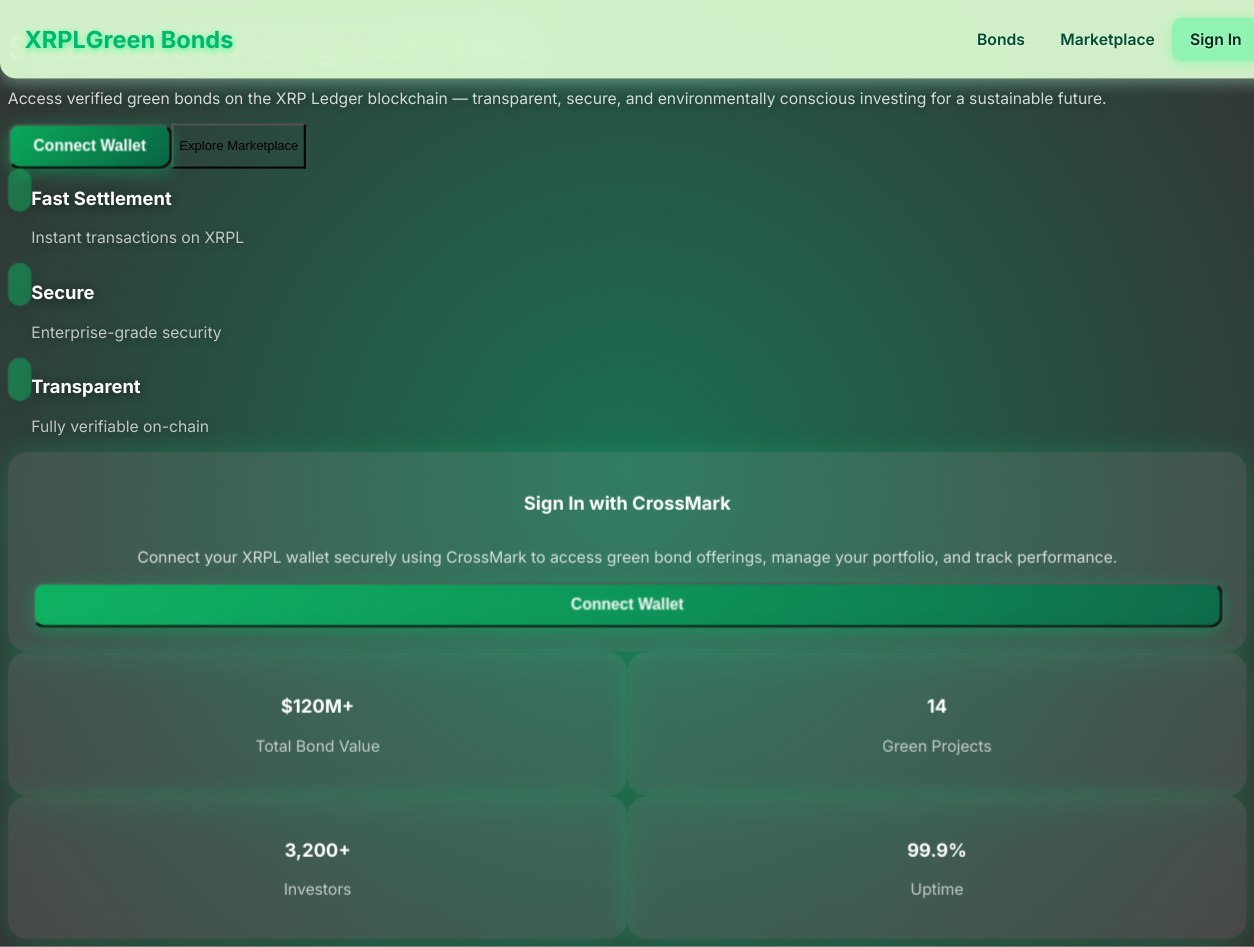
Repository: pbryzek/hackathon-xrpl
Page: / (app in frontend/)
The author's editor kept a copy of each file at every save. The page is drawn from the files as they stood at one save, then again after the next save.
The browser window is 1280 px wide. The pictures show the whole page, at 98% of full size.
The project was rebuilt for these pictures with package versions that can differ from the ones it lists, and the page was loaded fresh each time. Also part of the build but not shown: frontend/vite.config.ts, frontend/src/services/bondService.ts, frontend/src/pages/BondSelection.tsx, frontend/src/lib/utils.ts, frontend/src/components/ui/button.tsx, frontend/src/components/ui/input.tsx, frontend/src/components/ui/label.tsx, frontend/src/components/ui/tabs.tsx and 15 more.

Above is the page before, as saved 2025-03-15 12:16:22.

### frontend/index.html
<!DOCTYPE html>
<html lang="en">
  <head>
    <meta charset="UTF-8" />
    <meta name="viewport" content="width=device-width, initial-scale=1.0" />
    <title>buy-sell-bonds</title>
    <meta name="description" content="Lovable Generated Project" />
    <meta name="author" content="Lovable" />
    <meta property="og:image" content="/og-image.png" />
  </head>

  <body>
    <div id="root"></div>
    <!-- IMPORTANT: DO NOT REMOVE THIS SCRIPT TAG OR THIS VERY COMMENT! -->
    <script src="https://cdn.gpteng.co/gptengineer.js" type="module"></script>
    <script type="module" src="/src/main.tsx"></script>
  </body>
</html>

### frontend/src/main.tsx
import { createRoot } from 'react-dom/client'
import App from './App.tsx'
import './index.css'
import './index1.css'

createRoot(document.getElementById("root")!).render(<App />);

### frontend/src/App.tsx
import React from "react";
import { BrowserRouter as Router, Routes, Route } from "react-router-dom";
import BondSelection from "./pages/BondSelection";
import CrossMarkAuth from "./pages/CrossMarkAuth";
import Index from "./pages/Index";
import NotFound from "./pages/NotFound";
// ✅ Import the Header Component
import Header from "./components/ui/header";
import "./index.css"; // ✅ Ensure Tailwind is applied
import "./index1.css"; // ✅ Ensure Tailwind is applied


const App: React.FC = () => {
  return (
    <Router>
      <div className="flex flex-col min-h-screen bg-background text-foreground">
        <Header />
        <main className="flex-grow p-4">
          <Routes>
            <Route path="/" element={<CrossMarkAuth />} />
            <Route path="/bonds" element={<BondSelection />} />
            <Route path="/marketplace" element={<Index />} />
            <Route path="*" element={<NotFound />} />
          </Routes>
        </main>
      </div>
    </Router>
  );
};

export default App;

### frontend/src/index.css
@import url('https://fonts.googleapis.com/css2?family=Inter:wght@100;200;300;400;500;600;700;800;900&display=swap');

@tailwind base;
@tailwind components;
@tailwind utilities;


@layer base {
  :root {
    --background: 210 40% 98%;
    --foreground: 222 47% 11%;

    --card: 0 0% 100%;
    --card-foreground: 222 47% 11%;

    --popover: 0 0% 100%;
    --popover-foreground: 222 47% 11%;

    --primary: 221 83% 53%;
    --primary-foreground: 210 40% 98%;

    --secondary: 210 40% 96%;
    --secondary-foreground: 222 47% 11%;

    --muted: 210 40% 96%;
    --muted-foreground: 220 16% 46%;

    --accent: 210 40% 96%;
    --accent-foreground: 222 47% 11%;

    --destructive: 0 84% 60%;
    --destructive-foreground: 210 40% 98%;

    --border: 220 14% 90%;
    --input: 220 14% 90%;
    --ring: 221 83% 53%;

    --radius: 0.8rem;

    --bond-blue: 221 83% 53%;
    --bond-blue-light: 213 94% 68%;
    --bond-blue-dark: 224 76% 48%;
    --bond-gray: 220 14% 90%;
    --bond-gray-light: 220 14% 95%;
    --bond-gray-dark: 218 11% 80%;
    --bond-green: 142 76% 36%;
    --bond-red: 0 84% 60%;
  }

  .dark {
    --background: 222 47% 11%;
    --foreground: 210 40% 98%;

    --card: 222 47% 11%;
    --card-foreground: 210 40% 98%;

    --popover: 222 47% 11%;
    --popover-foreground: 210 40% 98%;

    --primary: 217 91% 60%;
    --primary-foreground: 222 47% 11%;

    --secondary: 217 33% 17%;
    --secondary-foreground: 210 40% 98%;

    --muted: 217 33% 17%;
    --muted-foreground: 215 20% 65%;

    --accent: 217 33% 17%;
    --accent-foreground: 210 40% 98%;

    --destructive: 0 63% 31%;
    --destructive-foreground: 210 40% 98%;

    --border: 217 33% 17%;
    --input: 217 33% 17%;
    --ring: 224 76% 48%;
  }
}

@layer base {
  body {
    background-color: hsl(var(--background));
    color: hsl(var(--foreground));
  }
}

.glass-panel {
  background-color: rgba(255, 255, 255, 0.9);
  backdrop-filter: blur(12px);
  border: 1px solid rgba(255, 255, 255, 0.4);
  box-shadow: 0 4px 6px -1px rgba(0, 0, 0, 0.1), 0 2px 4px -1px rgba(0, 0, 0, 0.06);
}

.animate-enter {
  animation: fade-in 0.4s forwards, slide-up 0.4s forwards;
}

.bond-hover {
  transition: all 0.2s ease-out;
}

.bond-hover:hover {
  transform: translateY(-2px);
}

/* Scrollbar styling */
::-webkit-scrollbar {
  width: 6px;
  height: 6px;
}

::-webkit-scrollbar-track {
  background: transparent;
}

::-webkit-scrollbar-thumb {
  background: hsl(var(--bond-gray-dark));
  border-radius: 6px;
}

::-webkit-scrollbar-thumb:hover {
  background: hsl(var(--bond-blue-light));
}

/* ✅ Floating effect for navbar */
header {
  box-shadow: 0px 4px 30px rgba(0, 255, 128, 0.3);
}

### frontend/src/index1.css
@tailwind base;
@tailwind components;
@tailwind utilities;

@layer base {
  :root {
    --background: 0 0% 100%;
    --foreground: 222.2 84% 4.9%;

    --card: 0 0% 100%;
    --card-foreground: 222.2 84% 4.9%;

    --popover: 0 0% 100%;
    --popover-foreground: 222.2 84% 4.9%;

    --primary: 142 64% 24%;
    --primary-foreground: 210 40% 98%;

    --secondary: 210 40% 96.1%;
    --secondary-foreground: 222.2 47.4% 11.2%;

    --muted: 210 40% 96.1%;
    --muted-foreground: 215.4 16.3% 46.9%;

    --accent: 142 76% 73%;
    --accent-foreground: 222.2 47.4% 11.2%;

    --destructive: 0 84.2% 60.2%;
    --destructive-foreground: 210 40% 98%;

    --border: 214.3 31.8% 91.4%;
    --input: 214.3 31.8% 91.4%;
    --ring: 142 64% 24%;

    --radius: 0.5rem;
  }

  .dark {
    --background: 222.2 84% 4.9%;
    --foreground: 210 40% 98%;

    --card: 222.2 84% 4.9%;
    --card-foreground: 210 40% 98%;

    --popover: 222.2 84% 4.9%;
    --popover-foreground: 210 40% 98%;

    --primary: 143 65% 42%;
    --primary-foreground: 222.2 47.4% 11.2%;

    --secondary: 217.2 32.6% 17.5%;
    --secondary-foreground: 210 40% 98%;

    --muted: 217.2 32.6% 17.5%;
    --muted-foreground: 215 20.2% 65.1%;

    --accent: 143 70% 30%;
    --accent-foreground: 210 40% 98%;

    --destructive: 0 62.8% 30.6%;
    --destructive-foreground: 210 40% 98%;

    --border: 217.2 32.6% 17.5%;
    --input: 217.2 32.6% 17.5%;
    --ring: 142.5 76.5% 73.3%;
  }
}

/* @layer base {
  * {
    @apply border-border;
  }
  body {
    @apply bg-background text-foreground;
  } */
/* } */

@keyframes float {
  0% { transform: translateY(0px); }
  50% { transform: translateY(-10px); }
  100% { transform: translateY(0px); }
}

/* Global Removal of Underline */
a {
  text-decoration: none !important;
}

/* Global Styles */
body {
  background: radial-gradient(circle, rgba(2, 96, 64, 0.9) 0%, rgba(0, 0, 0, 0.8) 100%);
  color: white;
  font-family: "Inter", sans-serif;
}

/* Floating Animation */
.floating {
  animation: float 3s ease-in-out infinite;
}

/* Glassmorphism Components */
.glass-effect {
  background-color: rgba(255, 255, 255, 0.1);
  backdrop-filter: blur(15px);
  box-shadow: 0 4px 15px rgba(0, 0, 0, 0.2);
}

/* Enhanced Lightened Glassmorphism Navbar */
.header {
  background: rgba(221, 253, 211, 0.931);
  backdrop-filter: blur(20px);
  box-shadow: 0 4px 15px rgba(187, 253, 220, 0.4);
  padding: 18px 25px;
  border-radius: 0 0 16px 16px;
  position: fixed;
  top: 0;
  left: 0;
  width: 100%;
  z-index: 50;
}

/* Navbar Links */
.nav-link {
  color: rgb(0, 77, 51) !important;
  font-size: 1rem;
  font-weight: 600;
  text-shadow: 0px 1px 3px rgba(255, 255, 255, 0.5);
  padding: 12px 18px;
  border-radius: 10px;
  transition: all 0.3s ease-in-out;
  text-decoration: none;
}

.nav-link:hover {
  background: rgba(0, 255, 128, 0.2);
  color: rgb(0, 40, 27) !important;
  transform: translateY(-2px);
}

.nav-link.active {
  background: rgba(0, 255, 128, 0.3);
  color: rgb(0, 40, 27) !important;
  box-shadow: 0 2px 10px rgba(0, 255, 128, 0.3);
}

/* Fix nav link positioning */
.links {
  position: relative;
  margin-right: 20px;
}

/* Logo Styling */
.logo {
  font-size: 1.5rem;
  font-weight: bold;
  color: #03b66e;
  text-shadow: 0px 2px 6px rgba(0, 255, 128, 0.7);
  transition: all 0.3s ease;
}

.logo:hover {
  text-shadow: 0px 2px 10px rgba(0, 255, 128, 0.9);
  transform: scale(1.03);
}

/* Glass Card */
.glass-card {
  background: rgba(255, 255, 255, 0.1);
  backdrop-filter: blur(15px);
  box-shadow: 0px 4px 30px rgba(0, 255, 128, 0.2);
  padding: 25px;
  border-radius: 20px;
  transition: all 0.3s ease-in-out;
}

.glass-card:hover {
  box-shadow: 0px 6px 35px rgba(0, 255, 128, 0.4);
  transform: translateY(-5px);
}

/* Glass Button */
.glass-button {
  background: linear-gradient(135deg, rgba(0, 200, 100, 0.8), rgba(0, 110, 70, 0.8));
  color: white;
  padding: 12px 24px;
  border-radius: 12px;
  font-size: 16px;
  font-weight: bold;
  backdrop-filter: blur(15px);
  box-shadow: 0px 4px 15px rgba(0, 180, 100, 0.5);
  transition: all 0.3s ease-in-out;
}

.glass-button:hover {
  background: linear-gradient(135deg, rgba(0, 220, 110, 0.9), rgba(0, 130, 80, 0.9));
  transform: translateY(-3px);
  box-shadow: 0px 6px 20px rgba(0, 255, 128, 0.6);
}

.glass-button:disabled {
  background: rgba(100, 100, 100, 0.3);
  cursor: not-allowed;
  box-shadow: none;
  color: rgba(255, 255, 255, 0.5);
}

/* Hero Section Styling */
.hero-container {
  margin-top: 120px;
  padding: 2rem;
}

.hero-text {
  text-shadow: 0 2px 10px rgba(0, 0, 0, 0.5);
}

.feature-icon {
  background: linear-gradient(to bottom right, rgba(0, 255, 128, 0.3), rgba(0, 200, 100, 0.4));
  padding: 0.75rem;
  border-radius: 0.75rem;
  backdrop-filter: blur(4px);
  box-shadow: 0 10px 15px -3px rgba(0, 0, 0, 0.1), 0 4px 6px -2px rgba(0, 0, 0, 0.05);
}

### frontend/src/pages/CrossMarkAuth.tsx

import React, { useState, useEffect } from "react";
import sdk from "@crossmarkio/sdk";
import * as xrpl from "xrpl";
import { useNavigate } from "react-router-dom";
import { toast } from "sonner";

const CrossMarkAuth: React.FC = () => {
  const [account, setAccount] = useState<string | null>(null);
  const [balance, setBalance] = useState<string | null>(null);
  const [isLoading, setIsLoading] = useState<boolean>(false);
  const navigate = useNavigate();

  useEffect(() => {
    console.log("Crossmark session will not restore automatically.");
    // Do NOT check localStorage or auto-authenticate
  }, []);

  const signInWithCrossmark = async () => {
    setIsLoading(true);
    try {
      console.log("User clicked sign-in, starting authentication...");

      // Step 1: Authenticate via Crossmark
      const { response } = await sdk.methods.signInAndWait();
      if (!response || !response.data || !response.data.address) {
        throw new Error("Failed to authenticate with Crossmark");
      }

      const userAccount = response.data.address;
      setAccount(userAccount);
      fetchBalance(userAccount);

      // Step 2: Authentication successful, inform user
      toast.success("Successfully connected to CrossMark wallet");

      // Navigate to bonds after successful authentication
      setTimeout(() => {
        navigate("/bonds");
      }, 1500);

    } catch (error) {
      console.error("Crossmark sign-in failed:", error);
      toast.error("Failed to connect to CrossMark wallet");
    } finally {
      setIsLoading(false);
    }
  };

  const fetchBalance = async (walletAddress: string) => {
    try {
      const client = new xrpl.Client("wss://s.altnet.rippletest.net/");
      await client.connect();
      const response = await client.request({
        command: "account_info",
        account: walletAddress,
        ledger_index: "validated",
      });
      const xrpBalance = xrpl.dropsToXrp(response.result.account_data.Balance);
      setBalance(xrpBalance.toString());
      client.disconnect();
    } catch (error) {
      console.error("Error fetching balance:", error);
    }
  };

  const handleMarketplaceClick = () => {
    navigate("/marketplace");
  };

  return (
    <div className="container mx-auto mt-32 px-4">
      <div className="grid grid-cols-1 lg:grid-cols-2 gap-12 items-center">
        {/* Hero Section */}
        <div className="space-y-6 hero-text">
          <h1 className="text-4xl md:text-5xl lg:text-6xl font-bold leading-tight">
            Sustainable Investing on the <span className="text-green-400">XRPL</span>
          </h1>
          <p className="text-xl opacity-80 max-w-xl">
            Access verified green bonds on the XRP Ledger blockchain — transparent,
            secure, and environmentally conscious investing for a sustainable future.
          </p>
          <div className="pt-4 flex flex-wrap gap-4">
            <button
              onClick={signInWithCrossmark}
              disabled={isLoading}
              className="glass-button"
            >
              {isLoading ? "Connecting..." : "Connect Wallet"}
            </button>
            <button
              onClick={handleMarketplaceClick}
              className="bg-transparent text-white px-6 py-3 rounded-xl
                        hover:bg-white/10 transition-all duration-300"
            >
              Explore Marketplace
            </button>
          </div>

          {/* Key Features */}
          <div className="grid grid-cols-1 md:grid-cols-3 gap-6 mt-12">
            <div className="flex items-start gap-3">
              <div className="feature-icon">
                <svg xmlns="http://www.w3.org/2000/svg" className="h-6 w-6 text-green-100" fill="none" viewBox="0 0 24 24" stroke="currentColor">
                  <path strokeLinecap="round" strokeLinejoin="round" strokeWidth={2} d="M13 10V3L4 14h7v7l9-11h-7z" />
                </svg>
              </div>
              <div>
                <h3 className="font-semibold text-lg">Fast Settlement</h3>
                <p className="text-sm opacity-70">Instant transactions on XRPL</p>
              </div>
            </div>

            <div className="flex items-start gap-3">
              <div className="feature-icon">
                <svg xmlns="http://www.w3.org/2000/svg" className="h-6 w-6 text-green-100" fill="none" viewBox="0 0 24 24" stroke="currentColor">
                  <path strokeLinecap="round" strokeLinejoin="round" strokeWidth={2} d="M9 12l2 2 4-4m5.618-4.016A11.955 11.955 0 0112 2.944a11.955 11.955 0 01-8.618 3.04A12.02 12.02 0 003 9c0 5.591 3.824 10.29 9 11.622 5.176-1.332 9-6.03 9-11.622 0-1.042-.133-2.052-.382-3.016z" />
                </svg>
              </div>
              <div>
                <h3 className="font-semibold text-lg">Secure</h3>
                <p className="text-sm opacity-70">Enterprise-grade security</p>
              </div>
            </div>

            <div className="flex items-start gap-3">
              <div className="feature-icon">
                <svg xmlns="http://www.w3.org/2000/svg" className="h-6 w-6 text-green-100" fill="none" viewBox="0 0 24 24" stroke="currentColor">
                  <path strokeLinecap="round" strokeLinejoin="round" strokeWidth={2} d="M17 20h5v-2a3 3 0 00-5.356-1.857M17 20H7m10 0v-2c0-.656-.126-1.283-.356-1.857M7 20H2v-2a3 3 0 015.356-1.857M7 20v-2c0-.656.126-1.283.356-1.857m0 0a5.002 5.002 0 019.288 0M15 7a3 3 0 11-6 0 3 3 0 016 0zm6 3a2 2 0 11-4 0 2 2 0 014 0zM7 10a2 2 0 11-4 0 2 2 0 014 0z" />
                </svg>
              </div>
              <div>
                <h3 className="font-semibold text-lg">Transparent</h3>
                <p className="text-sm opacity-70">Fully verifiable on-chain</p>
              </div>
            </div>
          </div>
        </div>

        {/* Authentication Card */}
        <div className="flex justify-center items-center">
          <div className="w-full max-w-md glass-card">
            <div className="flex flex-col space-y-1.5 p-6">
              <h3 className="text-2xl font-semibold leading-none tracking-tight text-center text-green-300">
                Sign In with CrossMark
              </h3>
            </div>
            <div className="p-6 pt-0 space-y-4">
              {!account ? (
                <>
                  <div className="flex justify-center p-6">
                    <div className="w-24 h-24 rounded-full bg-white/10 backdrop-blur-lg flex items-center justify-center shadow-lg shadow-green-500/20 floating">
                      <svg xmlns="http://www.w3.org/2000/svg" className="h-12 w-12 text-green-400" fill="none" viewBox="0 0 24 24" stroke="currentColor">
                        <path strokeLinecap="round" strokeLinejoin="round" strokeWidth={1.5} d="M9 12l2 2 4-4m5.618-4.016A11.955 11.955 0 0112 2.944a11.955 11.955 0 01-8.618 3.04A12.02 12.02 0 003 9c0 5.591 3.824 10.29 9 11.622 5.176-1.332 9-6.03 9-11.622 0-1.042-.133-2.052-.382-3.016z" />
                      </svg>
                    </div>
                  </div>
                  <p className="text-center text-sm opacity-80">
                    Connect your XRPL wallet securely using CrossMark to access green bond offerings, manage your portfolio, and track performance.
                  </p>
                </>
              ) : (
                <>
                  <div className="flex flex-col items-center space-y-4">
                    <div className="p-4 bg-green-800/20 rounded-lg">
                      <p className="text-lg text-white font-medium">Wallet Connected</p>
                      <p className="text-sm font-mono bg-black/20 p-2 rounded mt-2 break-all">{account}</p>
                      <p className="text-sm mt-3 text-green-300">Balance: {balance} XRP</p>
                    </div>
                  </div>
                </>
              )}
            </div>
            <div className="flex items-center p-6 pt-0 justify-center">
              <button
                onClick={signInWithCrossmark}
                disabled={isLoading || !!account}
                className={`glass-button w-full ${(isLoading || !!account) ? 'opacity-50 cursor-not-allowed' : ''}`}
              >
                {isLoading ? "Connecting..." : account ? "Connected" : "Connect Wallet"}
              </button>
            </div>
          </div>
        </div>
      </div>

      {/* Stats Section */}
      <div className="grid grid-cols-2 md:grid-cols-4 gap-4 md:gap-8 mt-20 mb-10">
        <div className="glass-card text-center">
          <h3 className="text-3xl md:text-4xl font-bold text-green-300">$120M+</h3>
          <p className="text-sm opacity-70">Total Bond Value</p>
        </div>
        <div className="glass-card text-center">
          <h3 className="text-3xl md:text-4xl font-bold text-green-300">14</h3>
          <p className="text-sm opacity-70">Green Projects</p>
        </div>
        <div className="glass-card text-center">
          <h3 className="text-3xl md:text-4xl font-bold text-green-300">3,200+</h3>
          <p className="text-sm opacity-70">Investors</p>
        </div>
        <div className="glass-card text-center">
          <h3 className="text-3xl md:text-4xl font-bold text-green-300">99.9%</h3>
          <p className="text-sm opacity-70">Uptime</p>
        </div>
      </div>
    </div>
  );
};

export default CrossMarkAuth;

### frontend/src/components/ui/header.tsx
import React from "react";
import { Link, useLocation } from "react-router-dom";

const Header: React.FC = () => {
  const location = useLocation();

  // Function to check if the link is active
  const isActive = (path: string) => location.pathname === path;

  return (
    <header className="header">
      <div className="container mx-auto flex justify-between items-center">
        {/* Logo */}
        <Link to="/" className="logo no-underline flex items-center gap-2">
          <span className="text-green-600">XRPL</span> Green Bonds
        </Link>

        {/* Navigation Links */}
        <div className="links">
          <nav className="flex space-x-6">
            <Link to="/bonds" className={`nav-link ${isActive('/bonds') ? 'active' : ''}`}>
              Bonds
            </Link>
            <Link to="/marketplace" className={`nav-link ${isActive('/marketplace') ? 'active' : ''}`}>
              Marketplace
            </Link>
            <Link to="/" className={`nav-link ${isActive('/') ? 'active' : ''}`}>
              Sign In
            </Link>
          </nav>
        </div>
      </div>
    </header>
  );
};

export default Header;

After the next save:
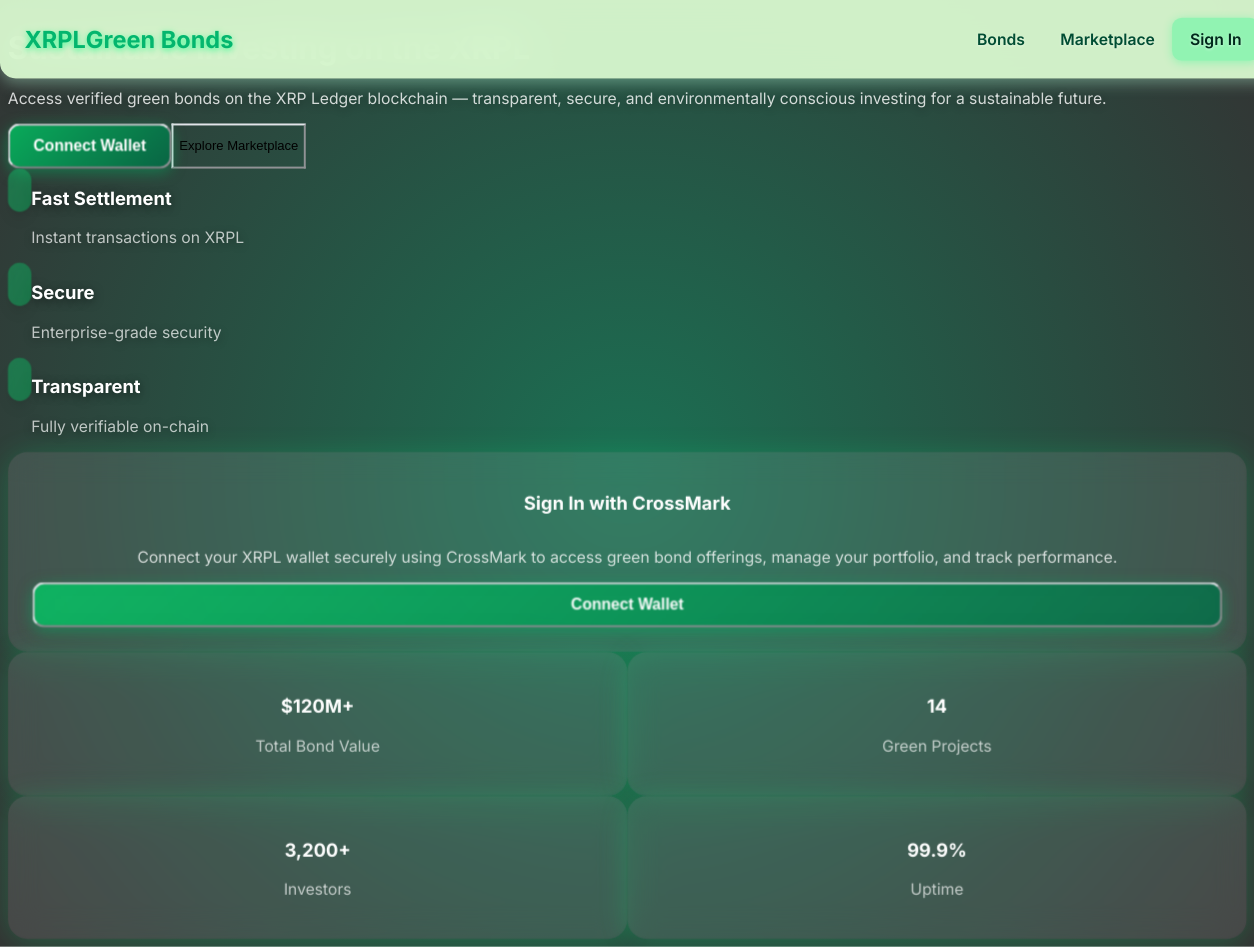
Saved 101 s later.
--- a/frontend/src/index1.css
+++ b/frontend/src/index1.css
@@ -66,14 +66,15 @@
   }
 }
 
-/* @layer base {
+@layer base {
   * {
-    @apply border-border;
+    border-color: hsl(var(--border));
   }
   body {
-    @apply bg-background text-foreground;
-  } */
-/* } */
+    background-color: hsl(var(--background));
+    color: hsl(var(--foreground));
+  }
+}
 
 @keyframes float {
   0% { transform: translateY(0px); }
